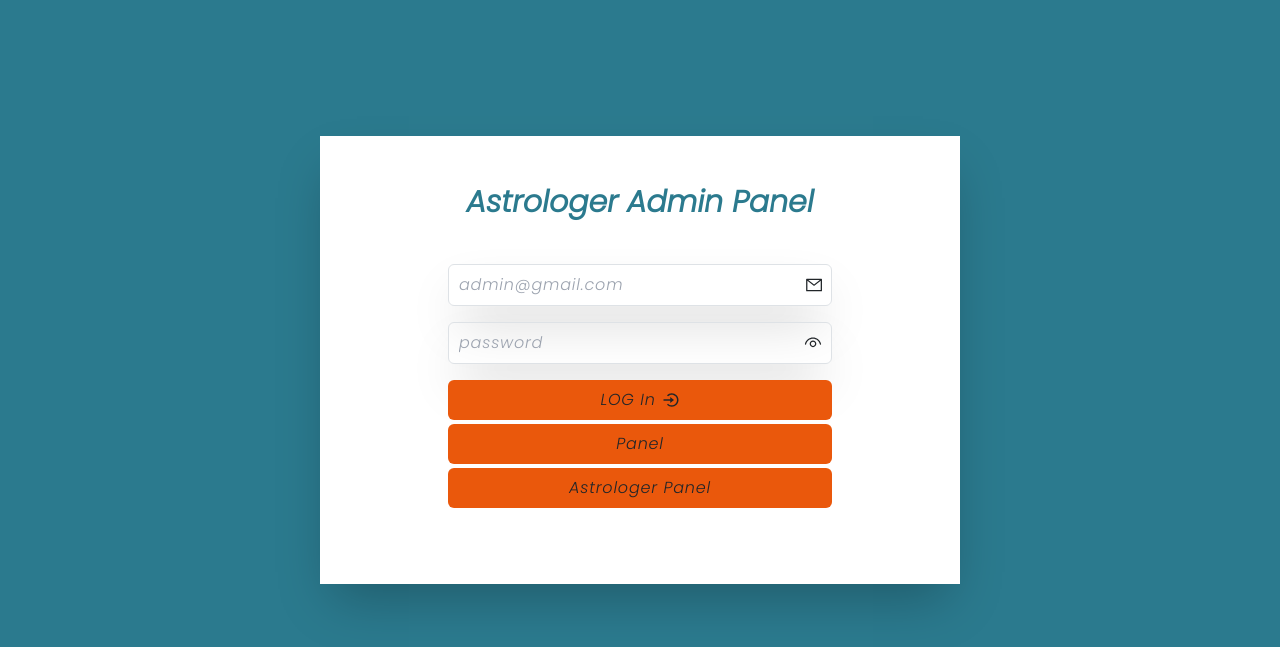
Repository: FlyweisReact/Hariom-Admin-Panel
Page: /
The author's editor kept a copy of each file at every save. The page is drawn from the files as they stood at one save, then again after the next save.
The browser window is 1280 px wide. The pictures show the whole page.
Some web libraries are served in a nearby version. The project was rebuilt for these pictures with package versions that can differ from the ones it lists, and the page was loaded fresh each time. Also part of the build but not shown: src/components/vendorPanel/components/layout/Navbar.jsx, src/components/vendorPanel/components/layout/Sidebar.jsx, src/components/vendorPanel/components/layout/HOC.jsx, src/components/vendorPanel/components/pages/Astrologer/Astrologers.js, src/components/vendorPanel/components/pages/Astrologer/Banners.js, src/vendorPanel/layout/Navbar.jsx, src/vendorPanel/layout/Sidebar.jsx, src/vendorPanel/layout/HOC.jsx and 5 more. Imported but missing from the stored project, and not drawn on this page: src/components/vendorPanel/components/pages/Astrologer/AdminDiscount, src/components/vendorPanel/components/pages/Astrologer/AdminReview, src/components/vendorPanel/components/pages/Astrologer/UploadDocs, src/components/vendorPanel/components/pages/Booking/Booking, src/components/vendorPanel/components/pages/Horoscope/Horoscope, src/components/vendorPanel/components/pages/Kundli/Kundli, src/components/vendorPanel/components/pages/Message/Message, src/components/vendorPanel/components/pages/Support and 2 more.

Above is the page before, as saved 2023-04-15 15:06:51.

After the next save:
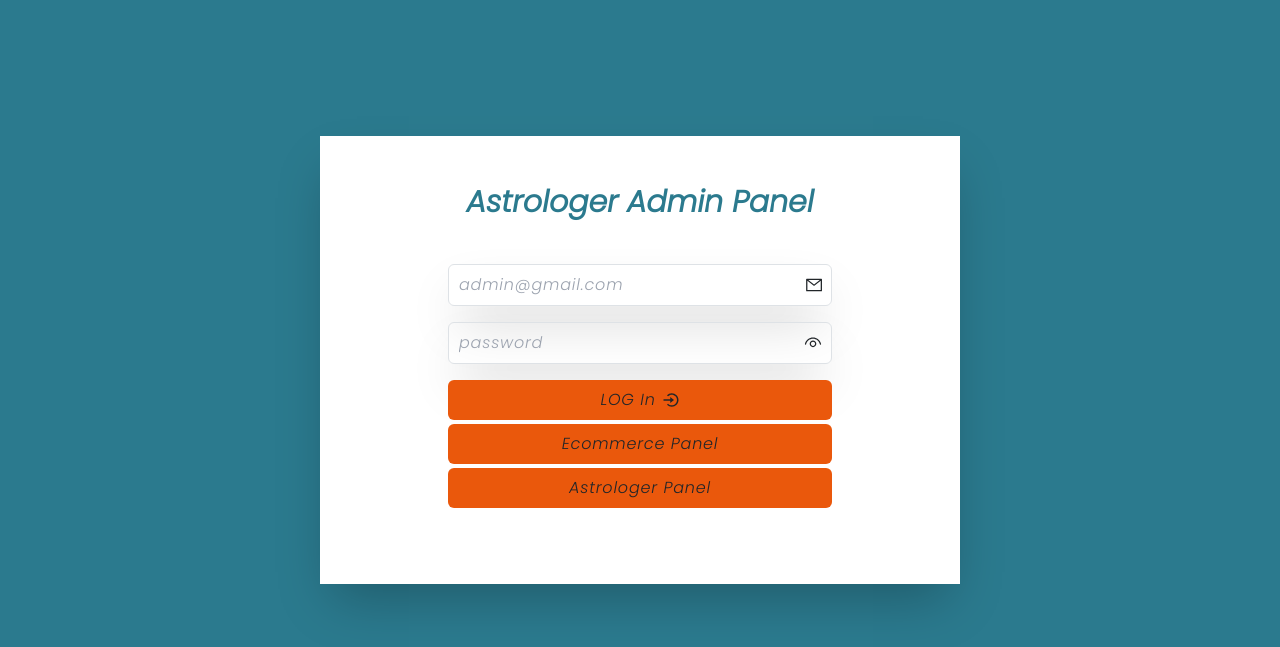
Saved 6 s later.
--- a/src/components/vendorPanel/components/forms/VendorLogin.jsx
+++ b/src/components/vendorPanel/components/forms/VendorLogin.jsx
@@ -89,7 +89,7 @@ const VendorLogin = () => {
               onClick={() => navigate("/")}
               className="py-2 cursor-pointer tracking-wider bg-orange-600 flex justify-center items-center w-full rounded-md font-medium mt-1 "
             >
-               Panel
+              Ecommerce Panel
             </button>
             <button
               type="button"
